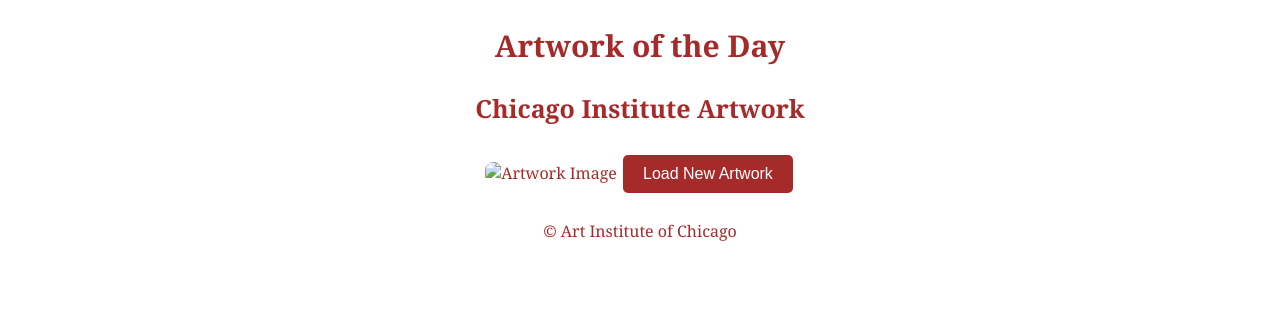
Repository: Bearandbird/amber-hinojos-API-project-haumea
Page: index.html
An editor plug-in stored every save of this project. The page is shown before and after the next save, followed by the edit.
The browser window is 1280 px wide. The pictures show the whole page.
The page's requests for data from a server got no answer.

Above is the page before, as saved 2024-05-27 18:45:44.

After the next save:
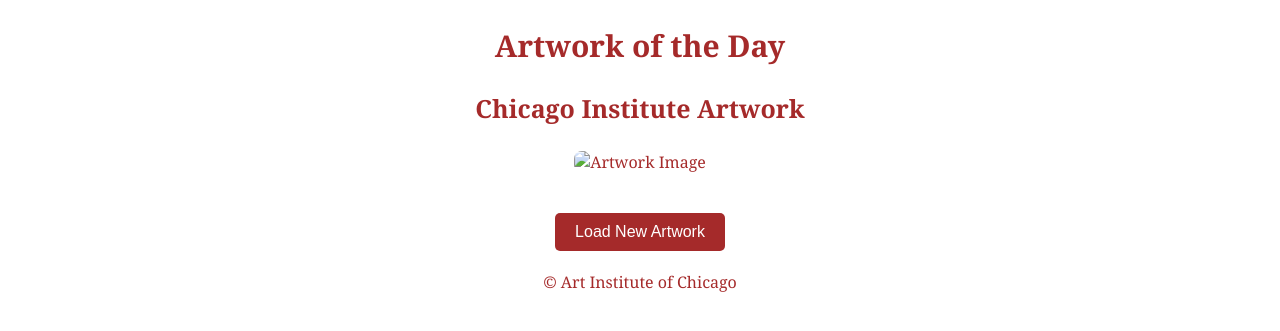
Saved 96 s later.
--- a/index.css
+++ b/index.css
@@ -71,13 +71,14 @@
     padding: 10px 20px;
     text-align: center;
     text-decoration: none;
-    display: inline-block;
+    display: block; /* Change display to block */
     font-size: 16px;
-    margin: 4px 2px;
+    margin: 20px auto; /* Set top and bottom margin to 20px, and left and right margins to auto */
     cursor: pointer;
     border-radius: 5px;
     transition-duration: 0.4s;
 }
+
 
 #reloadButton:hover {
     background-color: slategray
